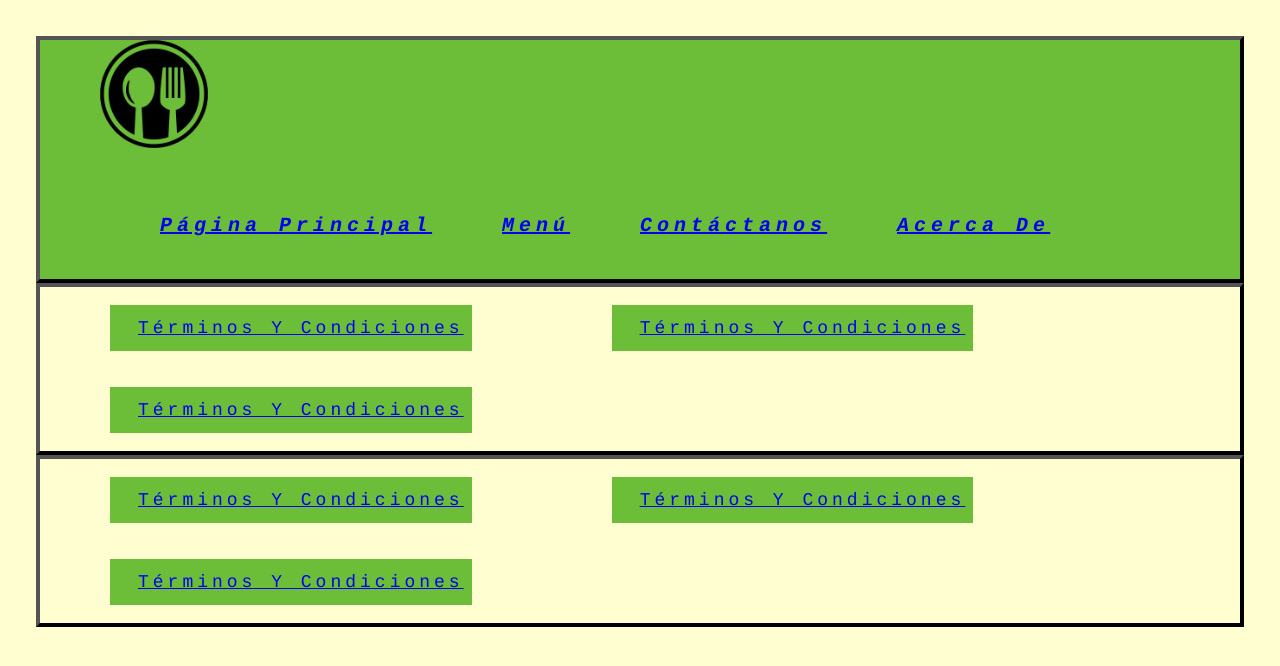
Repository: UVMCoyoacan/eq06_sitio1
Page: Carpeta docs/contactos.html
An editor plug-in stored every save of this project. The page is shown before and after the next save, followed by the edit.
The browser window is 1280 px wide. The pictures show the whole page.

Above is the page before, as saved 2024-04-13 23:24:55.

After the next save:
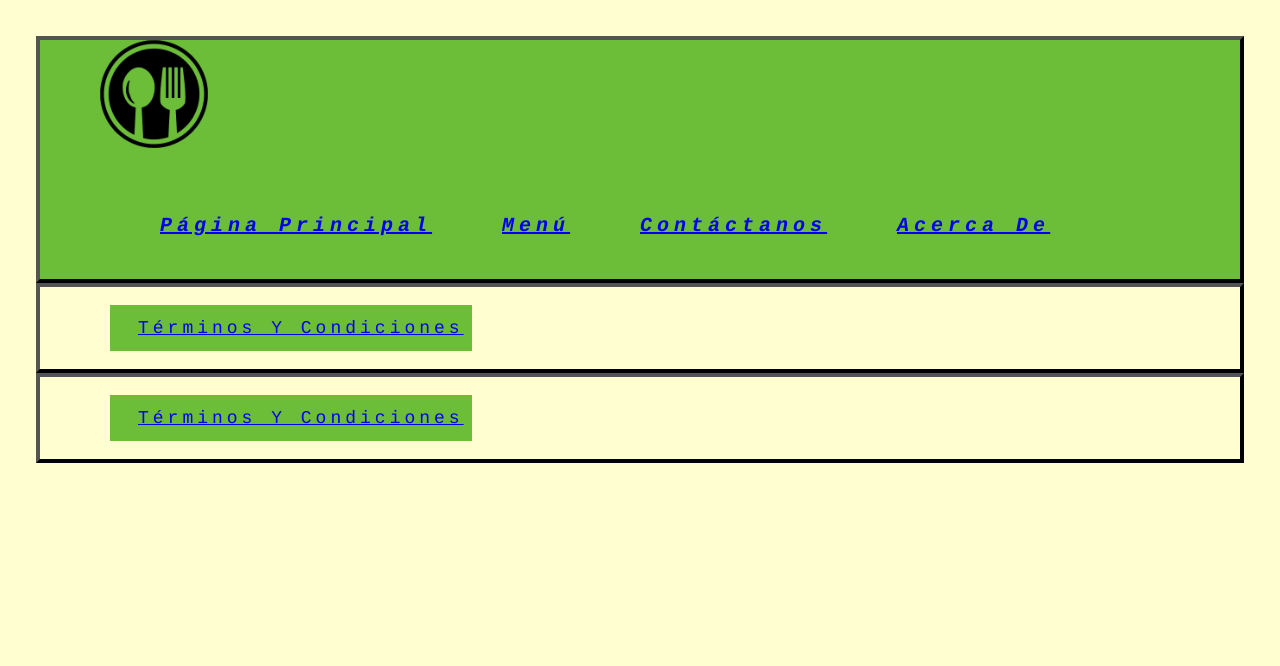
Saved 6 s later.
--- a/Carpeta docs/contactos.html
+++ b/Carpeta docs/contactos.html
@@ -24,17 +24,15 @@
             <footer >
                 <div style="display: flex; flex-wrap: wrap;">
                     <ul><a href="../Carpeta docs/terminos.html">Términos y condiciones</a></ul>
-                    <ul><a href="../Carpeta docs/terminos.html">Términos y condiciones</a></ul>
-                    <ul><a href="../Carpeta docs/terminos.html">Términos y condiciones</a></ul>
+
                 </div>
             </footer>
         </div>
         <div style="border-style: outset; border-color: #000000; border-width: .4ch;">
             <footer >
                 <div style="display: flex; flex-wrap: wrap;">
-                    <ul><a href="../Carpeta docs/terminos.html">Términos y condiciones</a></ul>
-                    <ul><a href="../Carpeta docs/terminos.html">Términos y condiciones</a></ul>
-                    <ul><a href="../Carpeta docs/terminos.html">Términos y condiciones</a></ul>
+                    <ul><a href="./Carpeta docs/terminos.html">Términos y condiciones</a></ul>
+
                 </div>
             </footer>
         </div>
